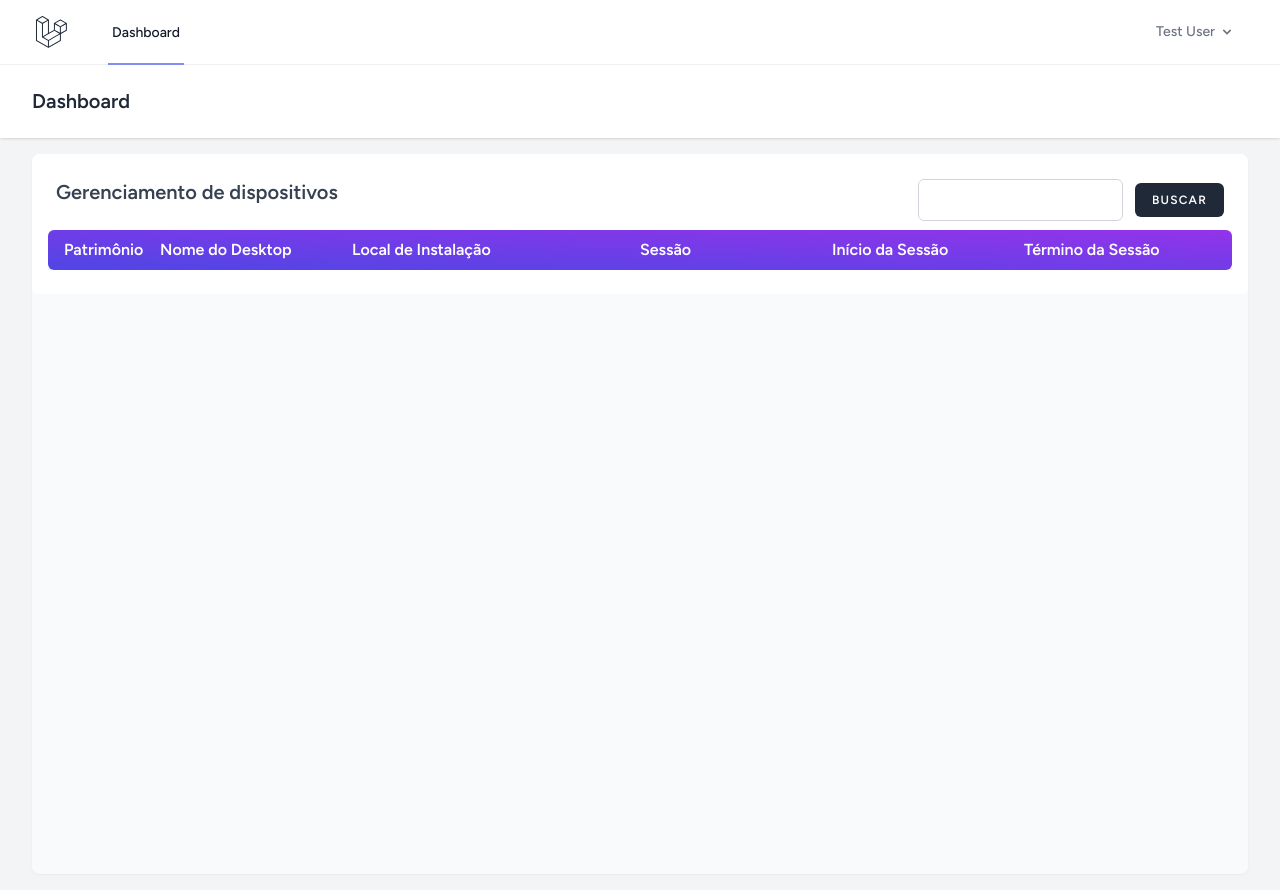
Repository: CrisMorgantee/device-logs
Page: http://localhost/dashboard
The author's editor kept a copy of each file at every save. The page is drawn from the files as they stood at one save, then again after the next save.
The browser window is 1280 px wide. The pictures show the whole page.
The page is served by the project's Laravel application, run on PHP 8.4 with Laravel 10. A made-up administrator, Test User (test@example.com), is signed in. Style sheets and scripts are compiled from the project's sources, by tool versions that may differ from the author's. Queries for data that is not in the repository find no rows.

Above is the page before, as saved 2023-04-14 23:38:06.

After the next save:
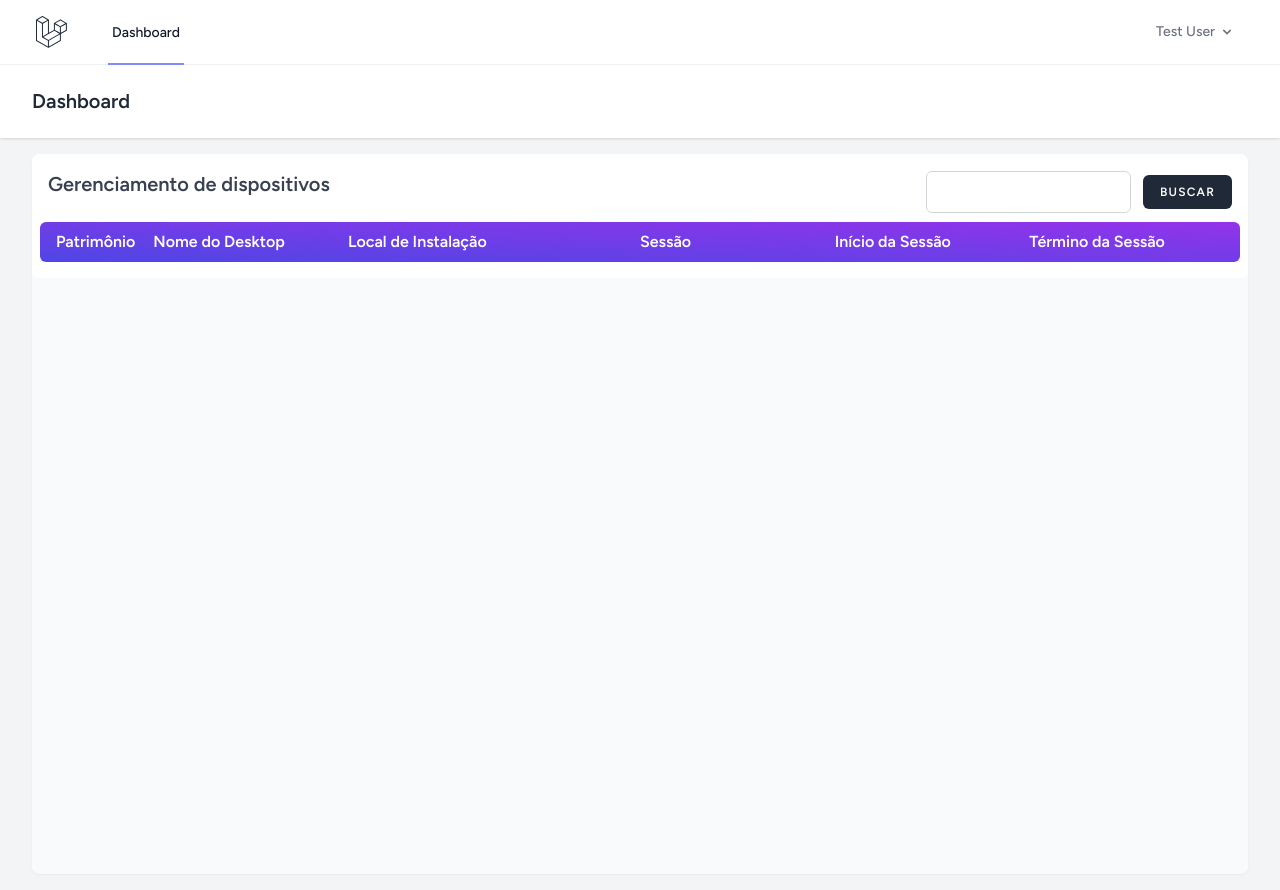
Saved 9 s later.
--- a/resources/views/dashboard.blade.php
+++ b/resources/views/dashboard.blade.php
@@ -9,7 +9,7 @@
     <div class="mx-auto max-w-7xl sm:px-6 lg:px-8">
       <div class="overflow-hidden bg-white shadow-sm sm:rounded-lg">
         <div class="min-h-screen bg-gray-50">
-          <div class="rounded-md bg-white p-4">
+          <div class="rounded-md bg-white p-2">
             <div class="flex justify-between p-2">
               <h2 class="mb-4 text-xl font-bold text-gray-700">Gerenciamento de dispositivos</h2>
 
